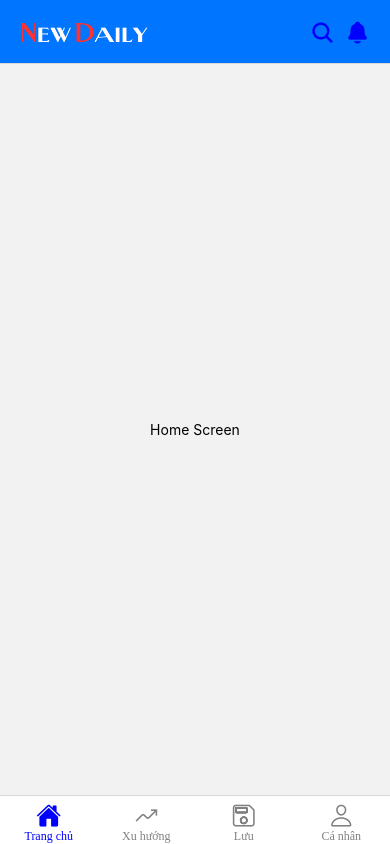
Repository: Quynhhuong150322/New_Daily
Screen: /BottomTab
These files come from the project's save history. The screen is drawn as it stood at one moment and after the next save; the edit follows.
The app was drawn by React Native's web renderer in a window 390 px wide. The project was rebuilt for these pictures with package versions that can differ from the ones it lists, and the page was loaded fresh each time. Also part of the build but not shown: firebase.js, screens/Login.js, screens/Signup.js, screens/Trending.js, screens/Save.js, components/Divider.js, components/Tab.js, screens/Profile.js and 4 more.

Above is the screen before, as saved 2023-12-20 06:30:07.

After the next save:
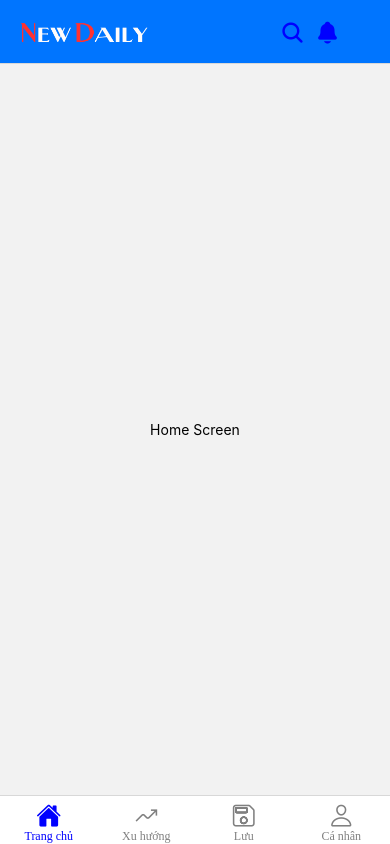
Saved 4 s later.
--- a/screens/Home.js
+++ b/screens/Home.js
@@ -32,7 +32,7 @@
                     headerLeft: props => <LogoTitle {...props} />,
                     headerTitle: '',
                     headerRight: () => (
-                        <View style={{ flexDirection: 'row', marginRight: 20 }}>
+                        <View style={{ flexDirection: 'row', marginRight: 50 }}>
                             <TouchableOpacity onPress={() => {/* handle search press */}}>
                                 <Ionicons name="search" size={25} color="blue" />
                             </TouchableOpacity>
